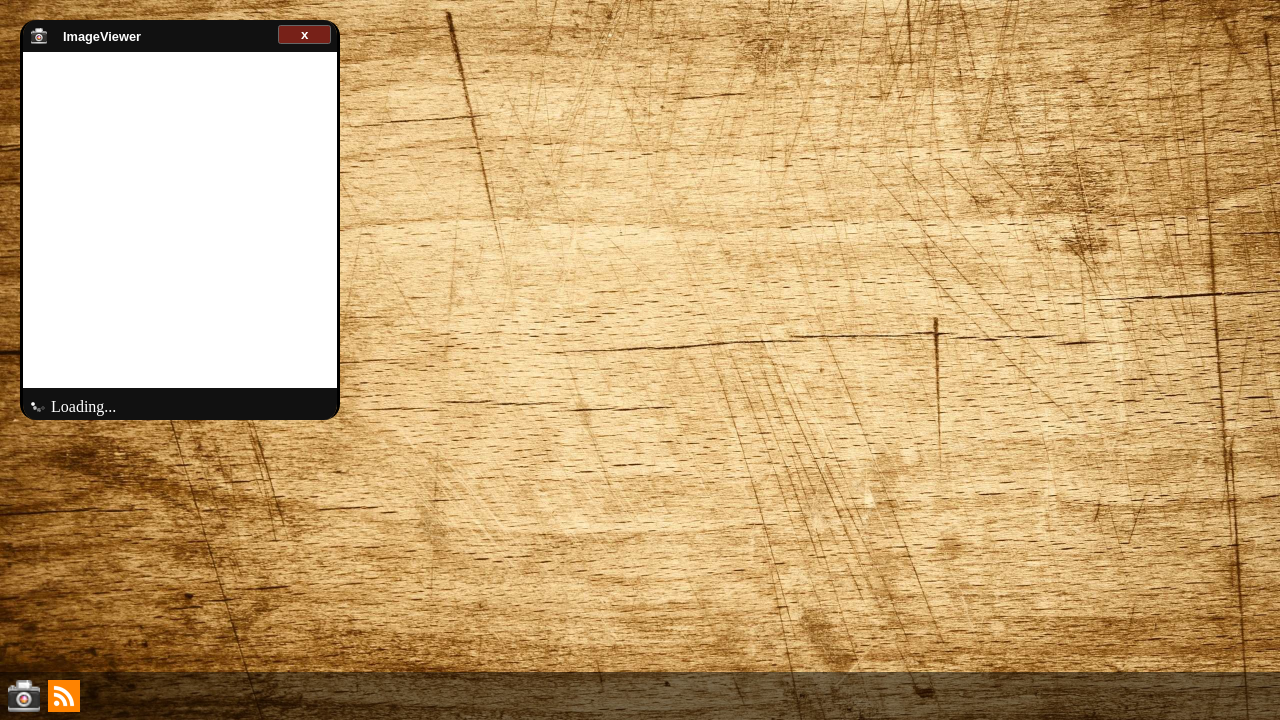
Repository: dv222bk/1dv403-laborationer
Page: 5-pwd/index.html
The author's editor kept a record of every edit. The page is drawn from the files as they stood at one moment, then again after the next edit.
The browser window is 1280 px wide. The pictures show the whole page.
After loading, the first visible `a` was clicked once.
The page's requests for data from a server got no answer.

Above is the page before.
Console error: TypeError: Cannot set properties of undefined (setting 'makeWindowLast')

After the next edit:
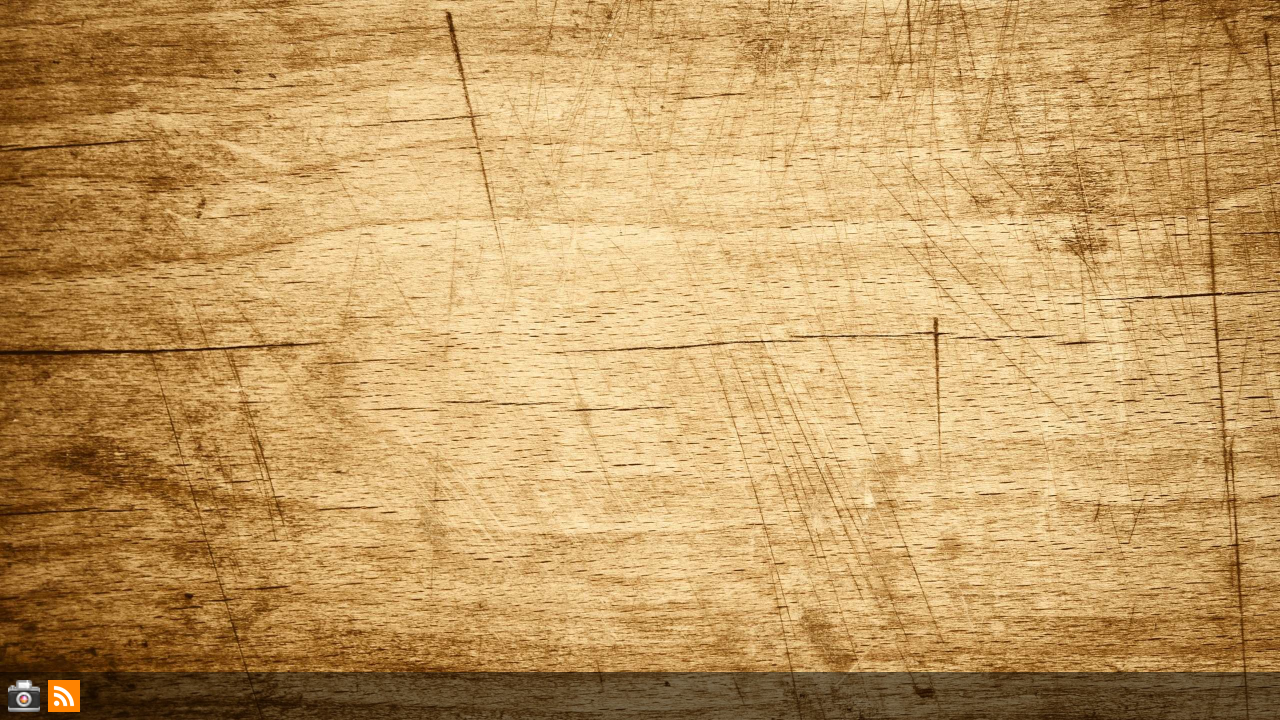
The edit:
--- a/5-pwd/DESKTOPAPP/script/desktopwindow.js
+++ b/5-pwd/DESKTOPAPP/script/desktopwindow.js
@@ -22,8 +22,7 @@
     this.windowHolder.style.top = (desktop.getLastWindowY() + 20) + 'px';
     this.windowHolder.style.left = (desktop.getLastWindowX() + 20) + 'px';
     this.windowHolder.style.zIndex = desktop.getZIndex();
-    this.windowHolder.hasfocus = function(e) {
-        e.preventDefault();
+    this.windowHolder.addEventListener("click", function() {
         desktop.makeWindowLast(this);
         return false;
     };
